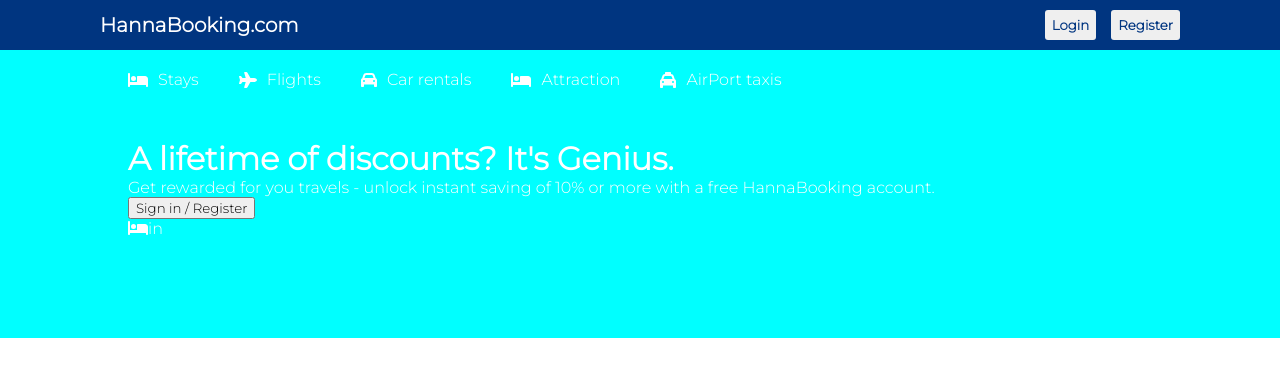
Repository: truongnguyenuit/BookingWebApp
Page: /
These files come from the project's save history. The page is drawn as it stood at one moment and after the next save; the edit follows.
The browser window is 1280 px wide. The pictures show the whole page.
The project was rebuilt for these pictures with package versions that can differ from the ones it lists, and the page was loaded fresh each time.

Above is the page before, as saved 2022-05-26 15:39:54.

### public/index.html
<!DOCTYPE html>
<html lang="en">
  <head>
    <meta charset="utf-8" />
    <meta name="viewport" content="width=device-width, initial-scale=1" />
    <meta
      name="description"
      content="Web site created using create-react-app"
    />
    <link
      href="https://fonts.googleapis.com/css2?family=Montserrat:wght@300&display=swap"
      rel="stylesheet"
    >
    <style>
      *{
        font-family: 'Montserrat', sans-serif;
        margin: 0;
      }
    </style>

    <title>HannaBooking</title>
  </head>
  <body>
    <noscript>You need to enable JavaScript to run this app.</noscript>
    <div id="root"></div>
  </body>
</html>

### src/App.js
import Home from "./pages/home/Home";
function App() {
  return (
    <Home />
  );
}

export default App;

### src/pages/home/Home.jsx
import React from 'react'
import Header from '../../components/header/Header';
import Navbar from '../../components/navbar/Navbar';
const Home = () => {
  return (
    <div>
      <Navbar />
      <Header />
    </div>
  )
}
export default Home;

### src/components/header/Header.jsx
import {
    faBed,
    faCalendarDays,
    faCar,
    faPerson,
    faPlane,
    faTaxi,
} from "@fortawesome/free-solid-svg-icons";
import { FontAwesomeIcon } from "@fortawesome/react-fontawesome";
import "./header.css";
// import { DateRange } from "react-date-range";
import { useState } from "react";
// import "react-date-range/dist/styles.css"; // main css file
// import "react-date-range/dist/theme/default.css"; // theme css file
// import { format } from "date-fns";
import { useNavigate } from "react-router-dom";
const Header = ({ type }) => {
    const [destination, setDestination] = useState("");
    const [openDate, setOpenDate] = useState(false);
    const [date, setDate] = useState([
        {
            startDate: new Date(),
            endDate: new Date(),
            key: "selection",
        }
    ]);
    const [openOptions, setOpenOptions] = useState(false);
    const [options, setOptions] = useState({
        adult: 1,
        children: 0,
        room: 1,
    });

    //const navigate = useNavigate();
    return (
        <div className="header">
            <div className="headerContainer">
                <div className="headerList">
                    <div className="headerListItem">
                        <FontAwesomeIcon icon={faBed} />
                        <span>Stays</span>
                    </div>
                    <div className="headerListItem">
                        <FontAwesomeIcon icon={faPlane} />
                        <span>Flights</span>
                    </div>
                    <div className="headerListItem">
                        <FontAwesomeIcon icon={faCar} />
                        <span>Car rentals</span>
                    </div>
                    <div className="headerListItem">
                        <FontAwesomeIcon icon={faBed} />
                        <span>Attraction</span>
                    </div>
                    <div className="headerListItem">
                        <FontAwesomeIcon icon={faTaxi} />
                        <span>AirPort taxis</span>
                    </div>
                </div>
                <>
                    <h1 className="HeaderTitle">
                        A lifetime of discounts? It's Genius.
                    </h1>
                    <p className="headerDesc">
                        Get rewarded for you travels - unlock instant saving of 10% or
                        more with a free HannaBooking account.
                    </p>
                    <button className="headerBtn">Sign in / Register</button>
                    <div className="headerSearch">
                        <div className="headerSearchItem">
                            <FontAwesomeIcon icon={faBed} className="headerIcon" />
                            in
                        </div>
                    </div>


                </>
            </div>
        </div>
    )
}
export default Header;

### src/components/navbar/Navbar.jsx
import React from 'react'
import "./navbar.css"
const Navbar = () => {
  return (
    <div className="navbar">
      <div className="navContainer">
        <span className="logo">HannaBooking.com</span>
        <div className="navItems">
          <button className="navButton">Login</button>
          <button className="navButton">Register</button>
        </div>
      </div>
    </div>
  )
}
export default Navbar;

### src/components/header/header.css
.header {
    background-color:aqua;
    color: white;
    display: flex;
    justify-content: center;
    position: relative;
}
.headerContainer {
    width:  100%;
    max-width: 1024px;
    margin: 20px 0px 100px 0px;
}
.headerList {
    display: flex;
    gap: 40px;
    margin-bottom: 50px;
}
.headerListItem {
    display: flex;
    align-items: center;
    gap: 10px;
}

### src/components/navbar/navbar.css
.navbar {
    height: 50px;
    background-color: #003580;
    display: flex;
    justify-content: center;
}
.navContainer {
    width: 100%;
    display: flex;
    justify-content: space-between;
    align-items: center;
    padding-left: 100px;
    padding-right: 100px;
}
.logo {
    font-weight: bold;
    font-size:20px ;
    color: white;
}
/* .navItems {
    width: 10.5%;
    display: flex;
    justify-content: space-between;
} */
.navButton {
    padding: 7px;
    border: none;
    border-radius: 3px;
    font-weight: bold;
    color: #003580;
    margin-left: 15px;
}

Loaded but not shown: src/index.js (common file)

After the next save:
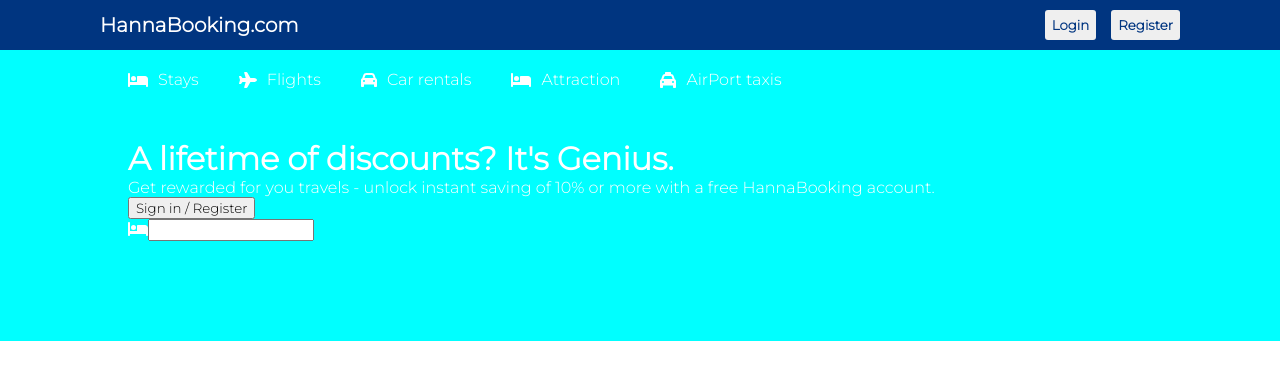
Saved 4 s later.
--- a/src/components/header/Header.jsx
+++ b/src/components/header/Header.jsx
@@ -69,7 +69,7 @@ const Header = ({ type }) => {
                     <div className="headerSearch">
                         <div className="headerSearchItem">
                             <FontAwesomeIcon icon={faBed} className="headerIcon" />
-                            in
+                            <input type="text" />
                         </div>
                     </div>
 
